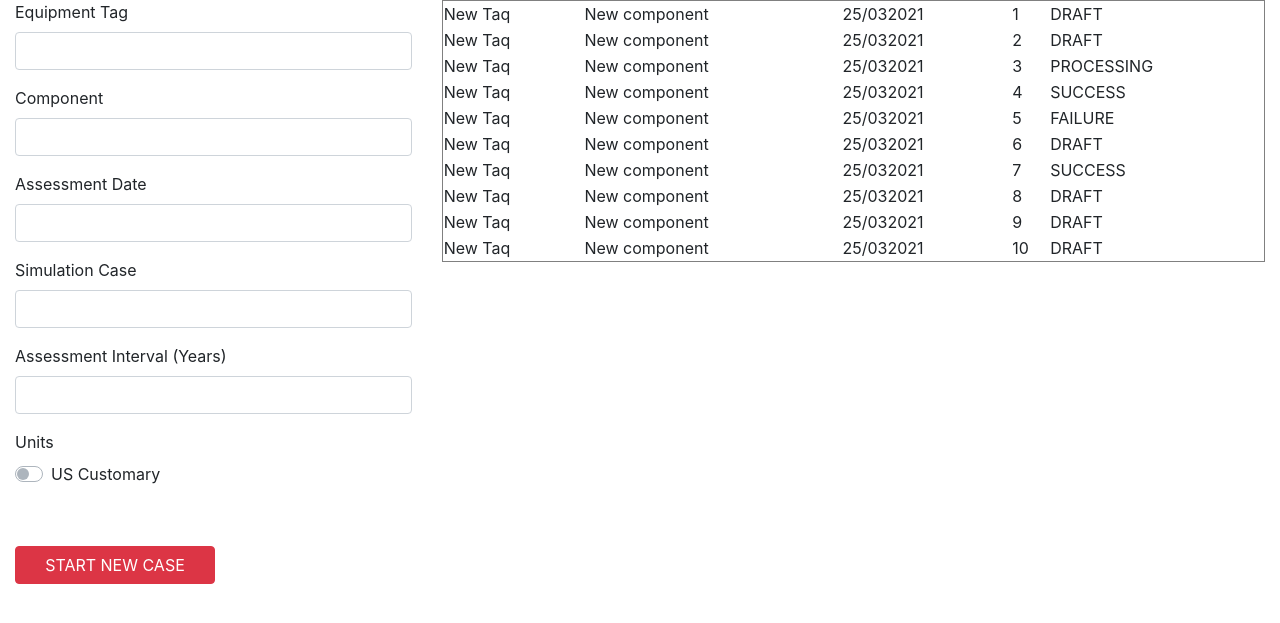
Repository: arif286/dashboard
Page: /
An editor plug-in stored every save of this project. The page is shown before and after the next save, followed by the edit.
The browser window is 1280 px wide. The pictures show the whole page.
The project was rebuilt for these pictures with package versions that can differ from the ones it lists, and the page was loaded fresh each time. The framework's server and built-in components were replaced by stand-ins that run in the browser. Also part of the build but not shown: nuxt.config.js, components/Nav.vue.

Above is the page before, as saved 2021-06-18 18:48:59.

After the next save:
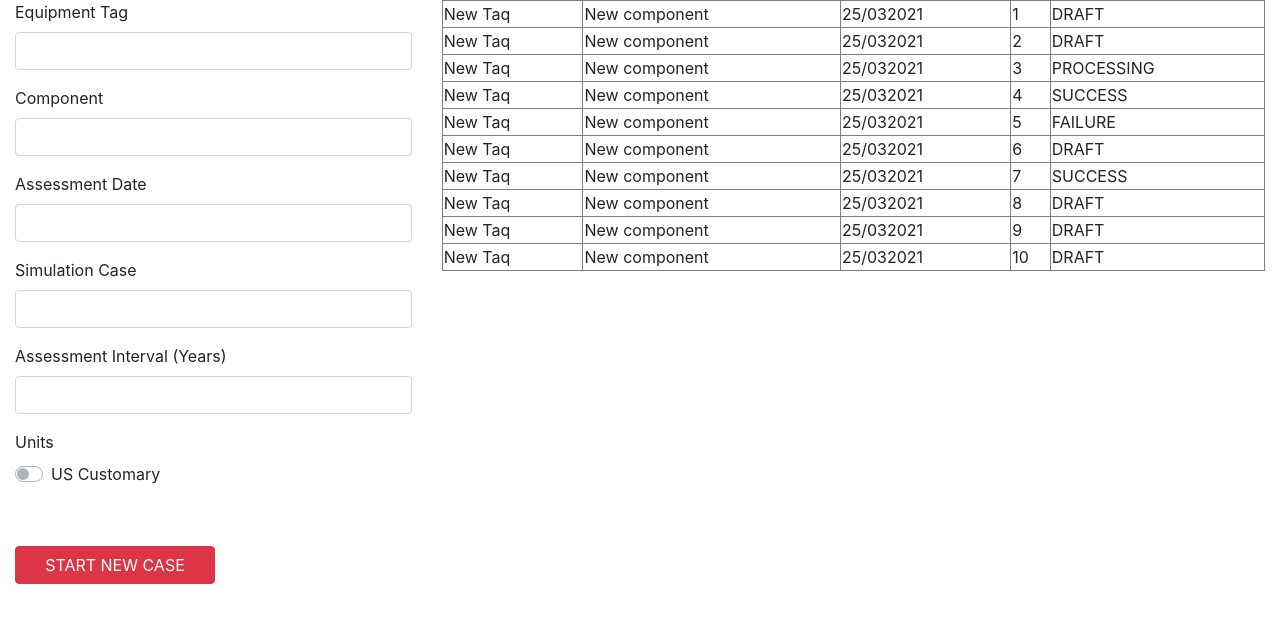
Saved 13 s later.
--- a/components/Table.vue
+++ b/components/Table.vue
@@ -43,7 +43,7 @@ export default {
 </script>
 <style scoped>
 
-.table-border {
+.table-border td{
  border: 1px solid gray;
 }
 </style>
